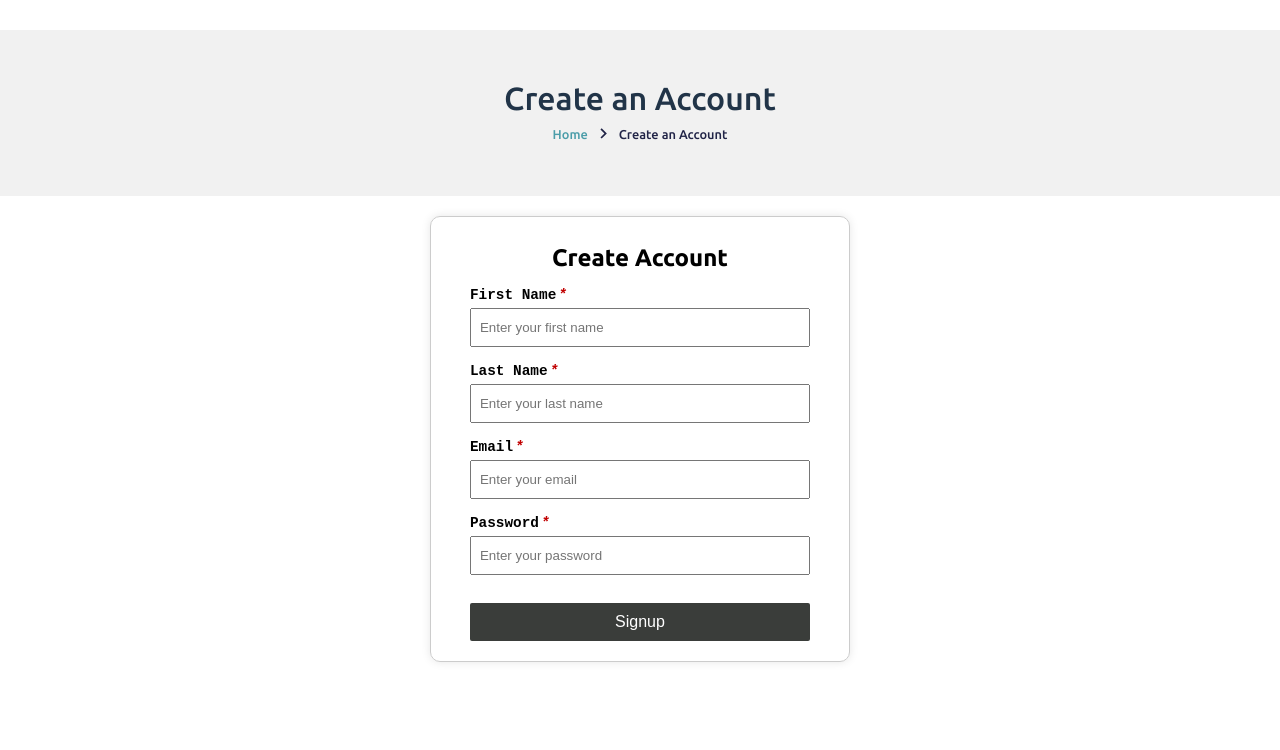
Repository: jkvekariya/Online-store-Management
Page: /auth/signup (app in frontend/client/)
The author's editor kept a copy of each file at every save. The page is drawn from the files as they stood at one save, then again after the next save.
The browser window is 1280 px wide. The pictures show the whole page.
Some web fonts or font styles are not loaded; a fallback is used. The project was rebuilt for these pictures with package versions that can differ from the ones it lists, and the page was loaded fresh each time. Also part of the build but not shown: frontend/client/vite.config.js, frontend/client/src/css/header.css, frontend/client/src/css/sidebar.css, frontend/client/src/components/Sidebar.jsx, frontend/client/src/context/CartContext.jsx, frontend/client/src/components/Header.jsx, frontend/client/src/css/footer.css, frontend/client/src/components/Footer.jsx and 11 more.

Above is the page before, as saved 2026-01-02 14:49:56.

### frontend/client/index.html
<!doctype html>
<html lang="en">
  <head>
    <meta charset="UTF-8" />
    <link rel="icon" type="image/svg+xml" href="/vite.svg" />
    <meta name="viewport" content="width=device-width, initial-scale=1.0" />
    <title>Online Store Management System</title>
  </head>
  <body>
    <div id="root"></div>
    <script type="module" src="/src/main.jsx"></script>
  </body>
</html>

### frontend/client/src/main.jsx
import React from 'react'
import ReactDOM from 'react-dom/client'
import { BrowserRouter } from 'react-router-dom'
import App from './App.jsx'
import './index.css'

ReactDOM.createRoot(document.getElementById('root')).render(
  <React.StrictMode>
    <BrowserRouter>
      <App />
    </BrowserRouter>
  </React.StrictMode>,
)

### frontend/client/src/App.jsx
import { Routes, Route } from "react-router-dom";

import AuthLayout from "./layout/AuthLayout";
import UserLayout from "./layout/UserLayout";
import AdminLayout from "./layout/AdminLayout";

import Login from "./pages/auth/Login";
import Signup from "./pages/auth/Signup";
import Home from "./pages/user/Home";
import Dashboard from "./pages/admin/Dashboard";
import Contact from "./pages/user/Contact";
import About from "./pages/user/About";
import Services from "./pages/user/Services";
import Shop from "./pages/user/Shop";

function App() {
  return (
    <Routes>

      {/* AUTH ROUTES */}
      <Route path="/auth" element={<AuthLayout />}>
        <Route path="login" element={<Login />} />
        <Route path="signup" element={<Signup />} />
      </Route>

      {/* USER ROUTES */}
      <Route path="/" element={<UserLayout />}>
        <Route index element={<Home />} />
        <Route path="pages/user/contact" element={<Contact />} />
        <Route path="pages/user/about" element={<About />} />
        <Route path="pages/user/services" element={<Services />} />
        <Route path="pages/user/shop" element={<Shop />} />
      </Route>

      {/* ADMIN ROUTES */}
      <Route path="/admin" element={<AdminLayout />}>
        <Route path="dashboard" element={<Dashboard />} />
      </Route>

    </Routes>
  );
}

export default App;

### frontend/client/src/index.css
* {
  margin: 0;
  padding: 0;
  box-sizing: border-box;
}

#root {
  min-height: 100vh;
}

### frontend/client/src/layout/AuthLayout.jsx
import { Outlet } from "react-router-dom";

const AuthLayout = () => {
  return (
    <div>
      {/* <h2>Auth Section</h2> */}
      <Outlet />
    </div>
  );
};

export default AuthLayout;

### frontend/client/src/pages/auth/Signup.jsx
import React, { useState } from 'react'
import "../../css/signup.css"
import Bodyheader from '../../components/BodyHeader';

const Signup = () => {

    const [email,setEMail] = useState("");
    const [password,setPassword] = useState("");
    const [firstname,setFirstName] = useState("");
    const [lastname,setLastName] = useState("");

  return (
    <>
    <Bodyheader title="Create an Account" />
    <div className='main-container'>
      <h2>Create Account</h2>
      <div className='first-name-box'>
            <label htmlFor="text">First Name<em>*</em></label>
            <input type="text"
            id="first-name"
            value={firstname}
            onChange={(e) => setFirstName(e.target.value)}
            placeholder='Enter your first name'
            />
        </div>
        <div className='last-name-box'>
            <label htmlFor="text">Last Name<em>*</em></label>
            <input type="text"
            id="last-name"
            value={lastname}
            onChange={(e) => setLastName(e.target.value)}
            placeholder='Enter your last name'
            />
        </div>
        <div className='email-box'>
            <label htmlFor="email">Email<em>*</em></label>
            <input type="email"
            id="email"
            value={email}
            onChange={(e) => setEMail(e.target.value)}
            placeholder='Enter your email'
            />
        </div>
        <div className='password-box'>
            <label htmlFor="password">Password<em>*</em></label>
            <input type="password"
            id="password"
            value={password}
            onChange={(e) => setPassword(e.target.value)}
            placeholder='Enter your password'
            />
        </div>
      <div className='btn'>
            <button onClick={() => {}}>Signup</button>
      </div>
    </div>
    </>
  )
}

export default Signup

### frontend/client/src/css/login.css
*{
    margin: 0;
    padding: 0;
    box-sizing: border-box;
}

.main-container{
    width: 400px;
    margin: auto;
    border: 1px solid #ccc;
    padding: 20px;
    border-radius: 10px;
    box-shadow: 0 0 10px rgba(0, 0, 0, 0.1);
    margin-top: 50px;
    font-family: Arial, sans-serif;
    display: flex;
    justify-content: center;
    align-items: center;
    flex-direction: column;
}

label{
    font-size: 0.9rem;
    display: block;
    font-family: 'Courier New', Courier, monospace;
    font-weight: 700;
    /* margin-bottom: 5px; */
}

.main-container .email-box,.password-box{
 margin: 0.5rem 0;
}

.main-container .email-box .password-box label em{
    position: relative;
    display: inline-block;
    float: none;
    right: 0;
    margin-left: 2px;
    color: #c10000;
}

input{
    padding: 8px;
    width: 100%;
    margin-top: 5px;
}

.main-container h2{
    text-align: center;
    margin: 7px 0;
}

.main-container .verify-forgetpassword{
    width: 90%;
    display: flex;
    justify-content: space-between;
    align-items: center;
}

.main-container .verify-forgetpassword #checkbox{
    width: auto;
    cursor: pointer;
}
.main-container .verify-forgetpassword a{
    font-size: 0.9rem;
    text-decoration: none;
    color: #3a3d3a;
}

.btn{
    width: 100%;
    text-align: center;
}

button{
    width: 90%;
    border-radius: 2px;
    margin-top: 20px;
    padding: 10px 20px;
    font-size: 16px;
    cursor: pointer;
    background-color: #3a3d3a;
    color: white;
    border: none;
}

### frontend/client/src/components/BodyHeader.jsx
import "../css/bodyheader.css"
import {Link} from 'react-router-dom'
import { MdKeyboardArrowRight } from "react-icons/md";

const Bodyheader = ({title}) => {
  return (
    <>
        <div className="b-header-bg">
            <div className="page-title">
                <h2>{title}</h2>
                <div className="ul-links">
                <ul>
                    <li id="home-link">
                        <Link to='/'>Home</Link>
                    </li>
                       <li><MdKeyboardArrowRight/></li>
                    <li>
                        <Link to=''>{title}</Link>
                    </li>
                </ul>
                </div>
            </div>
        </div>
    </>
  )
}

export default Bodyheader;

### frontend/client/src/css/signup.css
@import url('https://fonts.googleapis.com/css2?family=BBH+Bartle&family=Nunito:ital,wght@0,200..1000;1,200..1000&family=Ubuntu:ital,wght@0,300;0,400;0,500;0,700;1,300;1,400;1,500;1,700&display=swap');

.main-container{
    width: 100%;
    max-width: 420px;
    margin: 20px auto;
    border: 1px solid #ccc;
    padding: 20px;
    border-radius: 10px;
    box-shadow: 0 0 10px rgba(0, 0, 0, 0.1);
    font-family: Arial, sans-serif;
    display: flex;
    justify-content: center;
    align-items: center;
    flex-direction: column;
}

label{
    font-size: 0.9rem;
    display: block;
    font-family: 'Courier New', Courier, monospace;
    font-weight: 700;
    /* margin-bottom: 5px; */
}

.main-container .email-box,.password-box,.first-name-box,.last-name-box{
 margin: 0.5rem 0;
 width: 90%;
}

.email-box label em{
    position: relative;
    display: inline-block;
    float: none;
    right: 0;
    margin-left: 2px;
    color: #c10000;
}
.password-box label em{
    position: relative;
    display: inline-block;
    float: none;
    right: 0;
    margin-left: 2px;
    color: #c10000;
}
.first-name-box label em{
    position: relative;
    display: inline-block;
    float: none;
    right: 0;
    margin-left: 2px;
    color: #c10000;
}
.last-name-box label em{
    position: relative;
    display: inline-block;
    float: none;
    right: 0;
    margin-left: 2px;
    color: #c10000;
}

input{
    /* padding: 8px; */
    width: 100%;
    padding: 10px 8px;
    margin-top: 5px;
    box-sizing: border-box;
}

.main-container h2{
    text-align: center;
    font-family: "Ubuntu", sans-serif;
    font-weight: 560;
    font-style: normal;
}

.btn{
    width: 100%;
    text-align: center;
}

button{
    margin-top: 20px;
    padding: 10px 20px;
    font-size: 16px;
    cursor: pointer;
    background-color: #3a3d3a;
    color: white;
    border: none;
}

### frontend/client/src/css/bodyheader.css
@import url('https://fonts.googleapis.com/css2?family=BBH+Bartle&family=Nunito:ital,wght@0,200..1000;1,200..1000&family=Ubuntu:ital,wght@0,300;0,400;0,500;0,700;1,300;1,400;1,500;1,700&display=swap');

* {
    padding: 0;
    margin: 0;
    box-sizing: border-box;
  }

:root {
    --background-color: #e6e6e68e;
    --header-text-color: #213448;
    --home-link-color: #4B9DA9;
    --title-color: #212447;
    --title-hover-color: #547792;
}

  .b-header-bg {
    margin-top: 30px;
    height: 23vh;
    width: 100vw;
    /* background-color: aqua; */
    background: var(--background-color);
    /* background-blend-mode: darken; */
    /* background-size: cover; */
    /* background-repeat: no-repeat; */
    /* background-position: center; */
    /* background-position-y: 56%; */
    display: flex;
    justify-content: center;
    align-items: center;
  }

  .b-header-bg .page-title {
    height: 10rem;
    width: 20rem;
    display: grid;
    place-items: center;
    align-content: center;
  }

  .b-header-bg .page-title h2 {
    font-size: 2rem;
    margin-bottom: 5px;
    color: var(--header-text-color);
    font-family: "Ubuntu", sans-serif;
    font-weight: 500;
    font-style: normal;
    position: relative;
    z-index: 100;
  }

   .b-header-bg .page-title .ul-links ul{
    /* height: 4rem; */
    width: 10rem;
    display: flex;
    justify-content: center;
    align-items: center;
    gap:0;
  }

  .b-header-bg .page-title .ul-links ul #home-link a {
    color: var(--home-link-color);
  }


  .b-header-bg .page-title .ul-links ul li{
    /* height: 2rem; */
    display: flex;
    justify-content: center;
    align-items: center;
  }

  .b-header-bg .page-title .ul-links ul li svg{
      font-size: 1.3rem;
      color: var(--title-color);
  }

  .b-header-bg .page-title .ul-links ul li a{
    width: max-content;
    text-decoration: none;
    padding: 5px;
    color: var(--title-color);
    font-family: "Ubuntu", sans-serif;
    font-weight: 450;
    font-style: normal;
    font-size: 0.8rem;
    font-style: normal;
  }

  .b-header-bg .page-title .ul-links ul li a:hover{
      color: var(--title-hover-color);
  }

Loaded but not shown: frontend/client/src/css/header.css (no copy from this time; the picture is the same without it)

After the next save:
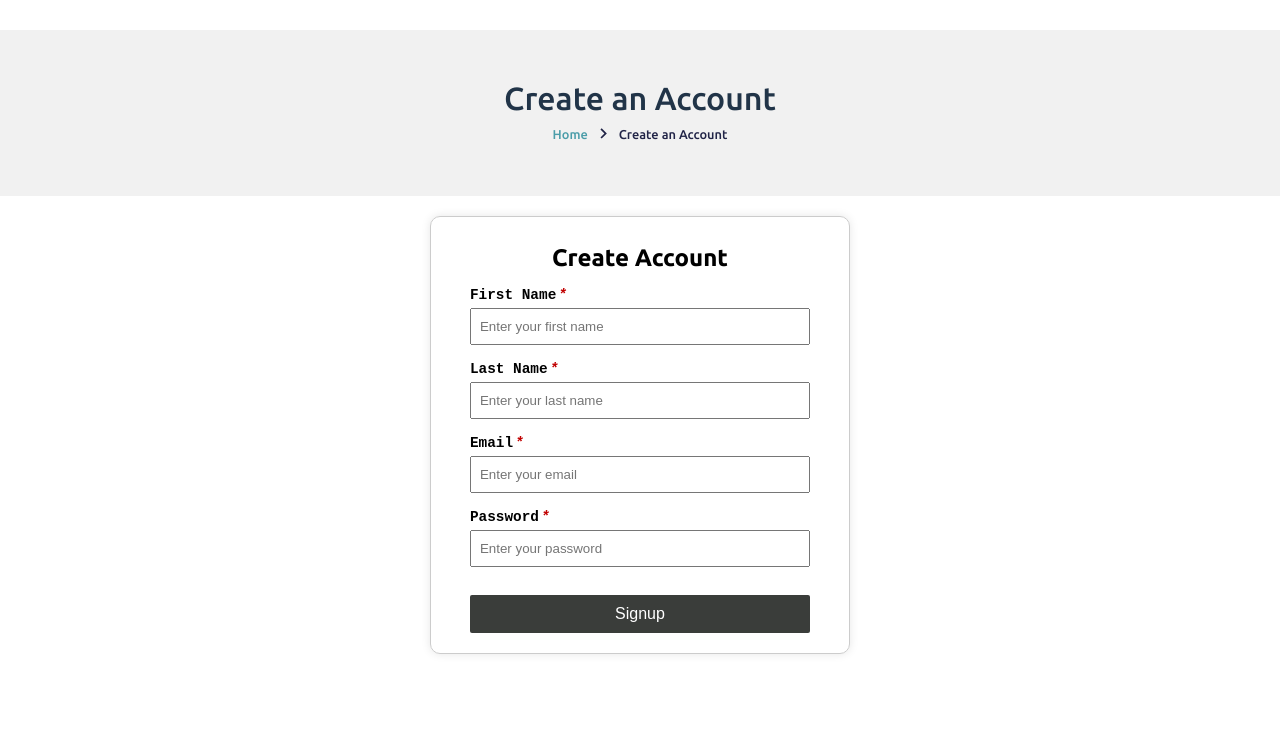
Saved 14 s later.
--- a/frontend/client/src/css/signup.css
+++ b/frontend/client/src/css/signup.css
@@ -64,7 +64,7 @@ label{
 input{
     /* padding: 8px; */
     width: 100%;
-    padding: 10px 8px;
+    padding: 9px 8px;
     margin-top: 5px;
     box-sizing: border-box;
 }
